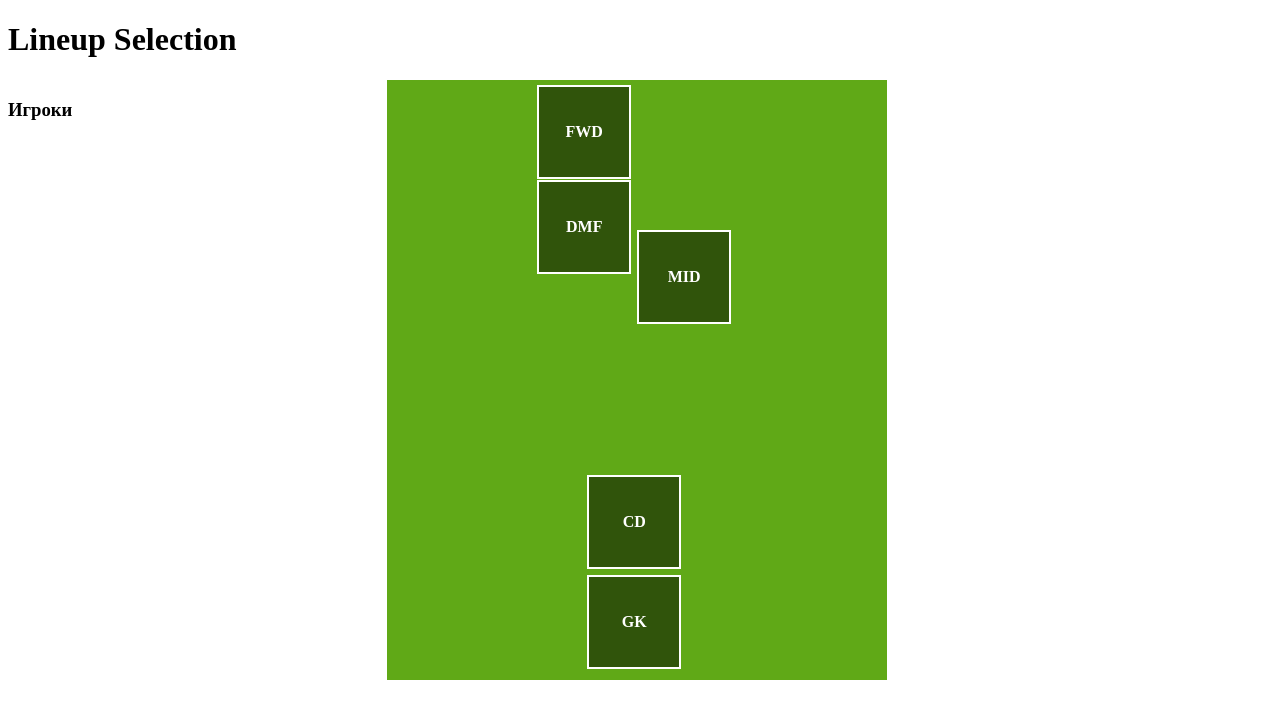
Repository: greatgreek73/soccergame
Page: http://localhost/lineup-selection/
The author's editor kept a copy of each file at every save. The page is drawn from the files as they stood at one save, then again after the next save.
The browser window is 1280 px wide. The pictures show the whole page.
Some web libraries are served in a nearby version. The page is served by the project's application, run on Django 4.2 (manage.py). A made-up administrator, testuser (Test User, test@example.com), is signed in. Other server files are loaded and not shown. Queries for data that is not in the repository find no rows.

Above is the page before, as saved 2024-04-18 21:11:01.

### players/templates/lineup_selection.html
{% load static %}

<!DOCTYPE html>
<html>
<head>
    <title>Lineup Selection</title>
    <link rel="stylesheet" href="https://code.jquery.com/ui/1.12.1/themes/base/jquery-ui.css">
    <script src="https://code.jquery.com/jquery-3.6.0.min.js"></script>
    <script src="https://code.jquery.com/ui/1.12.1/jquery-ui.min.js"></script>
    <style>
        .content-wrapper {
            display: flex;
            justify-content: flex-start; /* Изменено для устранения лишнего пространства между элементами */
        }
        #player-list {
            width: 30%; /* Задайте ширину списка игроков */
            margin-right: 0px; /* Отступ уменьшен до 0 */
        }
        #field {
            background-color: #60A917;
            width: 500px;
            height: 600px;
            position: relative;
        }
        .position {
            width: 90px;
            height: 90px;
            border: 2px solid #fff;
            position: absolute;
            display: flex;
            align-items: center;
            justify-content: center;
            color: white;
            font-weight: bold;
            background-color: rgba(0, 0, 0, 0.5); /* Небольшая прозрачность */
        }
    </style>
    <script>
        var lineup = []; // Инициализация массива состава на уровне глобальной переменной

        function loadInitialLineup() {
            $.ajax({
                url: '/get-lineup/',
                type: 'GET',
                success: function(response) {
                    lineup = response.lineup;
                    lineup.forEach(function(player) {
                        var playerElement = $('[data-player-id="' + player.player_id + '"]');
                        var positionElement = $('.position[data-position="' + player.position + '"]');
                        var playerClone = playerElement.clone().addClass('positioned-player').removeAttr('style');
                        positionElement.empty().append(playerClone);
                        playerElement.remove();
                        updateDraggable();
                    });
                },
                error: function(xhr, status, error) {
                    console.error('Error loading the lineup: ' + error);
                }
            });
        }

        function updateDraggable() {
            $('.positioned-player').draggable({
                revert: 'invalid',
                cursor: 'move',
                helper: 'clone',
                zIndex: 100
            });
        }

        $(document).ready(function() {
            loadInitialLineup();
            $('.player').draggable({
                revert: 'invalid',
                cursor: 'move',
                helper: 'clone',
                zIndex: 100
            });

            $('.position').droppable({
                accept: function(draggable) {
                    return true; // Теперь любой игрок может быть перетащен в любой слот
                },
                drop: function(event, ui) {
                    console.log("Игрок помещен в слот");
                    var droppedPlayer = ui.draggable;
                    var droppedPlayerId = droppedPlayer.data('player-id');
                    var position = $(this).data('position');  // Получаем позицию слота

                    // Удаление предыдущего игрока из этого слота, если он занят
                    if ($(this).find('.player').length) {
                        var positionedPlayerId = $(this).find('.player').data('player-id');
                        lineup = lineup.filter(item => item.player_id !== positionedPlayerId); // Удаление из массива
                    }

                    // Добавление нового игрока в массив lineup
                    lineup.push({player_id: droppedPlayerId, position: position});

                    // Клонирование и обновление DOM
                    var playerClone = droppedPlayer.clone().removeAttr('style').removeClass('ui-draggable').addClass('positioned-player');
                    $(this).empty().append(playerClone);
                    playerClone.draggable({
                        revert: 'invalid',
                        cursor: 'move',
                        helper: 'clone',
                        zIndex: 100
                    });

                    droppedPlayer.remove();
                    saveLineupAutomatically();  // Сохранение состава
                }
            });

            $('#player-list ul').droppable({
                accept: '.positioned-player',
                drop: function(event, ui) {
                    var droppedPlayer = ui.draggable;
                    var playerId = droppedPlayer.data('player-id');
                    lineup = lineup.filter(item => item.player_id !== playerId); // Update lineup
                    droppedPlayer.remove();
                    $(this).append(droppedPlayer);
                    droppedPlayer.draggable({
                        revert: 'invalid',
                        cursor: 'move',
                        helper: 'clone',
                        zIndex: 100
                    });
                    saveLineupAutomatically();
                }
            });

            function saveLineupAutomatically() {
                // Нет необходимости очищать массив, так как он уже глобальный и обновляется в других функциях
                $.ajax({
                    url: '/lineup/save/',
                    type: 'POST',
                    data: JSON.stringify({lineup: lineup}),
                    contentType: 'application/json',
                    success: function(response) {
                        console.log('Состав успешно сохранен автоматически');
                    },
                    error: function(xhr, status, error) {
                        console.error('Ошибка при автоматическом сохранении состава: ' + error);
                    }
                });
            }

            {% for position, player_id in selected_players.items %}
                var player = $('.player[data-player-id="{{ player_id }}"]');
                var playerClone = player.clone().removeAttr('style').removeClass('ui-draggable').addClass('positioned-player');
                playerClone.uniqueId();
                $('.position[data-position="{{ position }}"]').empty().append(playerClone);
                player.remove();

                playerClone.draggable({
                    revert: 'invalid',
                    cursor: 'move',
                    helper: 'clone',
                    zIndex: 100
                });
            {% endfor %}
        });
    </script>
</head>
<body>
    <h1>Lineup Selection</h1>
    <div class="content-wrapper"> <!-- Добавлен новый контейнер -->
        <div id="player-list">
            <h3>Игроки</h3>
            <ul>
                {% for player in players %}
                    <li class="player" data-player-id="{{ player.id }}" data-player-position="{{ player.position }}">
                        {{ player.last_name }} ({{ player.position }})
                    </li>
                {% endfor %}
            </ul>
        </div>

        <div id="field">
            <div class="position" data-position="GK" style="top: 495px; left: 200px;">GK</div>
            <div class="position" data-position="DEF" style="top: 395px; left: 200px;">CD</div>
            <div class="position" data-position="MID" style="top: 150px; left: 250px;">MID</div>
            <div class="position" data-position="FWD" style="top: 5px; left: 150px;">FWD</div>
            <div class="position" data-position="DMF" style="top: 100px; left: 150px;">DMF</div>

        </div>
    </div>
</body>
</html>

### players/views.py
import scipy.stats as stats
from django.http import HttpResponseRedirect, JsonResponse
from django.shortcuts import render, redirect, get_object_or_404
from .models import Player, Club, Lineup, LineupPlayer
from faker import Faker
from django.contrib import messages
from .forms import UserRegisterForm, CreateClubForm, GeneratePlayerForm
from django.contrib.auth import authenticate, login
from django.contrib.auth.decorators import login_required
from match_engine.engine import simulate_match
from utils.player_stats_generator import PlayerStatsGenerator
from utils.config import TOTAL_POINTS, MAIN_STATS_RATIO, KEY_STAT_MULTIPLIERS, MAX_STAT_VALUE
import json
from django.views.decorators.csrf import csrf_exempt
import logging

# Настройка логгера
logger = logging.getLogger('newsoccergame')

fake = Faker()

STATS = [
    'strength', 'stamina', 'pace', 'marking', 'tackling', 'work_rate',
    'positioning', 'passing', 'crossing', 'dribbling', 'ball_control',
    'heading', 'finishing', 'long_range', 'vision', 'handling', 'reflexes',
    'aerial', 'jumping', 'command', 'throwing', 'kicking'
]

def index(request):
    return render(request, 'index.html')

def generate_player(request):
    if request.method == 'POST':
        form = GeneratePlayerForm(request.POST)
        if form.is_valid():
            position = form.cleaned_data['position']
            Player.objects.create(
                first_name=fake.first_name_male(),
                last_name=fake.last_name_male(),
                age=17,
                position=position
            )
            return HttpResponseRedirect('/generate/')
    else:
        form = GeneratePlayerForm()
    return render(request, 'generate_player.html', {'form': form})

def register(request):
    if request.method == 'POST':
        form = UserRegisterForm(request.POST)
        if form.is_valid():
            form.save()
            username = form.cleaned_data.get('username')
            messages.success(request, f'Your account has been created! You are now able to log in')
            return redirect('login')
    else:
        form = UserRegisterForm()
    return render(request, 'register.html', {'form': form})

def user_login(request):
    if request.method == 'POST':
        username = request.POST['username']
        password = request.POST['password']
        user = authenticate(request, username=username, password=password)
        if user is not None:
            login(request, user)
            try:
                club = Club.objects.get(user=user)
                return redirect('club_detail', club_id=club.id)
            except Club.DoesNotExist:
                return redirect('create_club')
        else:
            return render(request, 'login.html', {'error': 'Invalid credentials'})
    return render(request, 'login.html')

@login_required
def home(request):
    try:
        club = Club.objects.get(user=request.user)
        return redirect('club_detail', club_id=club.id)
    except Club.DoesNotExist:
        return redirect('create_club')

def club_detail(request, club_id):
    club = get_object_or_404(Club, id=club_id)
    context = {
        'club': club,
        'form': GeneratePlayerForm()
    }
    return render(request, 'club_detail.html', context)

def create_club(request):
    if request.method == 'POST':
        form = CreateClubForm(request.POST)
        if form.is_valid():
            existing_club = Club.objects.filter(user=request.user).first()
            if existing_club:
                return redirect('club_detail', club_id=existing_club.id)

            new_club = Club.objects.create(
                user=request.user,
                name=form.cleaned_data['name'],
                country=form.cleaned_data['country']
            )
            return redirect('club_detail', club_id=new_club.id)
    else:
        form = CreateClubForm()
    return render(request, 'create_club.html', {'form': form})

def generate_player_for_club(request, club_id):
    try:
        club = Club.objects.get(id=club_id)
    except Club.DoesNotExist:
        return redirect('home')

    if club.user != request.user:
        return redirect('home')

    if request.method == 'POST':
        form = GeneratePlayerForm(request.POST)
        if form.is_valid():
            position = form.cleaned_data['position']
            player_class = int(form.cleaned_data['player_class'])

            config = {
                'stats': STATS,
                'total_points': TOTAL_POINTS,
                'main_stats_ratio': MAIN_STATS_RATIO,
                'key_stat_multipliers': KEY_STAT_MULTIPLIERS,
                'max_stat_value': MAX_STAT_VALUE
            }
            generator = PlayerStatsGenerator(config)
            player_stats = generator.generate_stats(position, player_class)

            country_to_locale = {
                'USA': 'en_US',
                'Russia': 'ru_RU',
                'China': 'zh_CN',
                'Belgium': 'nl_BE',
                'New Zealand': 'en_NZ',
                'Austria': 'de_AT',
                'Brazil': 'pt_BR',
                'Greece': 'el_GR',
                'Argentina': 'es_AR',
                'Italy': 'it_IT',
                'Germany': 'de_DE',
            }

            print(f"Club country: {club.country}")
            locale = country_to_locale.get(club.country, 'en_US')
            print(f"Using locale: {locale}")

            fake = Faker(locale)

            while True:
                first_name = fake.first_name_male()
                last_name = fake.last_name_male()

                if not Player.objects.filter(first_name=first_name, last_name=last_name).exists():
                    break

            player = Player.objects.create(
                first_name=first_name,
                last_name=last_name,
                age=17,
                club=club,
                nationality=club.country,
                position=position,
                player_class=player_class,
                **player_stats
            )

            return redirect('club_detail', club_id=club.id)
    else:
        form = GeneratePlayerForm()

    context = {'form': form}
    return render(request, 'generate_player.html', context)

def player_detail(request, player_id):
    player = get_object_or_404(Player, id=player_id)
    context = {
        'player': player
    }
    return render(request, 'player_detail.html', context)

def start_match(request, club_id):
    club1 = get_object_or_404(Club, id=club_id)
    opponent_club_id = request.GET.get('opponent_club_id')
    if opponent_club_id:
        try:
            club2 = get_object_or_404(Club, id=opponent_club_id)
        except Club.DoesNotExist:
            return render(request, 'error.html', {'error': 'Invalid opponent club'})

        lineup1 = Lineup.objects.filter(user=club1.user).last()
        lineup2 = Lineup.objects.filter(user=club2.user).last()

        if lineup1:
            players1 = [lp.player for lp in LineupPlayer.objects.filter(lineup=lineup1)]
        else:
            players1 = Player.objects.filter(club=club1)

        if lineup2:
            players2 = [lp.player for lp in LineupPlayer.objects.filter(lineup=lineup2)]
        else:
            players2 = Player.objects.filter(club=club2)

        winner, loser = simulate_match(players1, players2, club1, club2)

        winner_players = winner.players
        loser_players = loser.players

        context = {
            'club1': club1,
            'club2': club2,
            'winner_club': winner.club,
            'loser_club': loser.club,
            'winner_players': winner_players,
            'loser_players': loser_players,
        }

        return render(request, 'match.html', context)
    else:
        other_clubs = Club.objects.exclude(id=club_id)
        context = {
            'club': club1,
            'other_clubs': other_clubs,
        }
        return render(request, 'select_opponent.html', context)

def update_stadium(request, pk):
    club = get_object_or_404(Club, pk=pk)
    if request.method == 'POST':
        data = json.loads(request.body)
        club.stadium_name = data['stadium_name']
        club.save()
        return JsonResponse({'status': 'ok'})

def increase_capacity(request, pk):
    club = get_object_or_404(Club, pk=pk)
    if request.method == 'POST':
        club.stadium_capacity += 1000
        club.save()
        return JsonResponse({'stadium_capacity': club.stadium_capacity})

@login_required
def lineup_selection(request):
    players = Player.objects.filter(club__user=request.user)
    lineup = Lineup.objects.filter(user=request.user).last()
    if lineup:
        lineup_players = LineupPlayer.objects.filter(lineup=lineup)
        selected_players = {lp.position: lp.player.id for lp in lineup_players}
    else:
        selected_players = {}
    return render(request, 'lineup_selection.html', {'players': players, 'selected_players': selected_players})

@login_required
@csrf_exempt
def save_lineup(request):
    logger.debug("save_lineup called")  # Логирование вызова функции
    if request.method == 'POST':
        try:
            data = json.loads(request.body)
            logger.debug(f"Received lineup data: {data}")  # Логирование полученных данных

            lineup_data = data.get('lineup', [])
            user = request.user
            lineup = Lineup.objects.filter(user=user).last()

            if not lineup:
                lineup = Lineup.objects.create(user=user)

            # Удалить всех текущих игроков из лайнапа перед добавлением новых
            LineupPlayer.objects.filter(lineup=lineup).delete()

            # Добавить игроков из полученных данных
            for item in lineup_data:
                player_id = item.get('player_id')
                position = item.get('position')
                player = Player.objects.get(id=player_id)
                LineupPlayer.objects.create(lineup=lineup, player=player, position=position)

            logger.debug("Lineup saved successfully")  # Логирование успешного сохранения
            return JsonResponse({'status': 'success', 'message': 'Состав успешно сохранен'})
        except Exception as e:
            logger.error(f"Error saving lineup: {e}", exc_info=True)  # Логирование ошибок
            return JsonResponse({'error': 'Internal server error'}, status=500)
    else:
        logger.warning("Incorrect request method")  # Логирование некорректного метода запроса
        return JsonResponse({'status': 'error', 'message': 'Неверный метод запроса'}, status=400)

def get_lineup(request):
    lineup = LineupPlayer.objects.filter(lineup__user=request.user)  # Убедитесь, что данные фильтруются по текущему пользователю
    data = [{'player_id': player.player.id, 'position': player.position} for player in lineup]
    return JsonResponse({'lineup': data})

### newsoccergame/urls.py
from django.contrib import admin
from django.urls import path, include
from players import views as player_views
from django.contrib.auth import views as auth_views
from django.contrib.auth.views import LogoutView
from players.views import index


urlpatterns = [
    path('', index, name='index'),
    path('admin/', admin.site.urls),
    path('', include('players.urls')),
    path('generate/', player_views.generate_player, name='generate_player'),
    path('register/', player_views.register, name='register'),
    path('login/', auth_views.LoginView.as_view(template_name='login.html'), name='login'),
    path('logout/', LogoutView.as_view(next_page='index'), name='logout'),
    path('', player_views.home, name='home'),

]

### players/urls.py
from django.urls import path
from . import views
from players.views import index
from .views import lineup_selection

urlpatterns = [
    # ... другие маршруты ...
    path('generate/', views.generate_player, name='generate_player'),
    path('register/', views.register, name='register'),
    path('login/', views.user_login, name='login'),
    path('', views.home, name='home'),
    path('club/<int:club_id>/', views.club_detail, name='club_detail'),
    path('create_club/', views.create_club, name='create_club'),
    path('club/<int:club_id>/generate_player/', views.generate_player_for_club, name='generate_player_for_club'),
    path('player/<int:player_id>/', views.player_detail, name='player_detail'),
    path('', index, name='index'),
    path('match/<int:club1_id>/<int:club2_id>/', views.start_match, name='start_match'),
    path('match/<int:club_id>/', views.start_match, name='start_match'),
    path('clubs/<int:pk>/update_stadium/', views.update_stadium, name='update_stadium'),
    path('clubs/<int:pk>/increase_capacity/', views.increase_capacity, name='increase_capacity'),
    path('lineup-selection/', views.lineup_selection, name='lineup_selection'),
    path('lineup/save/', views.save_lineup, name='save_lineup'),
    path('get-lineup/', views.get_lineup, name='get_lineup'),
]

After the next save:
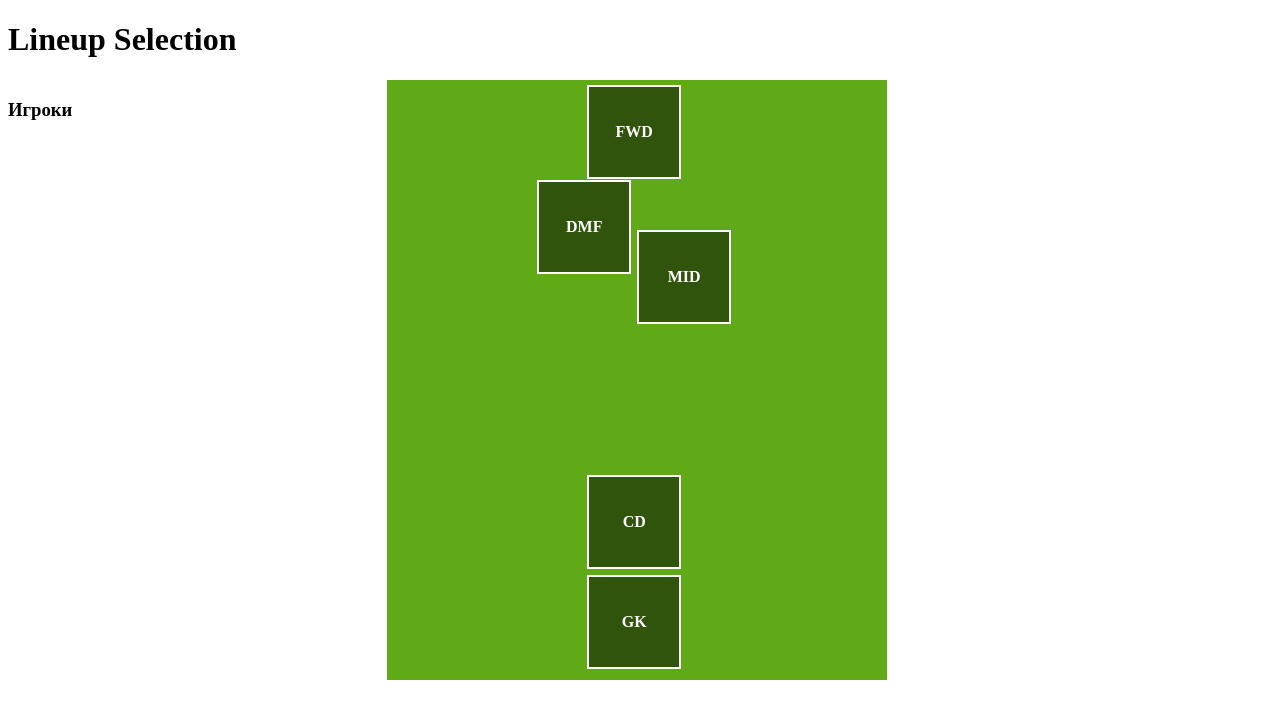
Saved 32 s later.
--- a/players/templates/lineup_selection.html
+++ b/players/templates/lineup_selection.html
@@ -180,7 +180,7 @@
             <div class="position" data-position="GK" style="top: 495px; left: 200px;">GK</div>
             <div class="position" data-position="DEF" style="top: 395px; left: 200px;">CD</div>
             <div class="position" data-position="MID" style="top: 150px; left: 250px;">MID</div>
-            <div class="position" data-position="FWD" style="top: 5px; left: 150px;">FWD</div>
+            <div class="position" data-position="FWD" style="top: 5px; left: 200px;">FWD</div>
             <div class="position" data-position="DMF" style="top: 100px; left: 150px;">DMF</div>
 
         </div>
